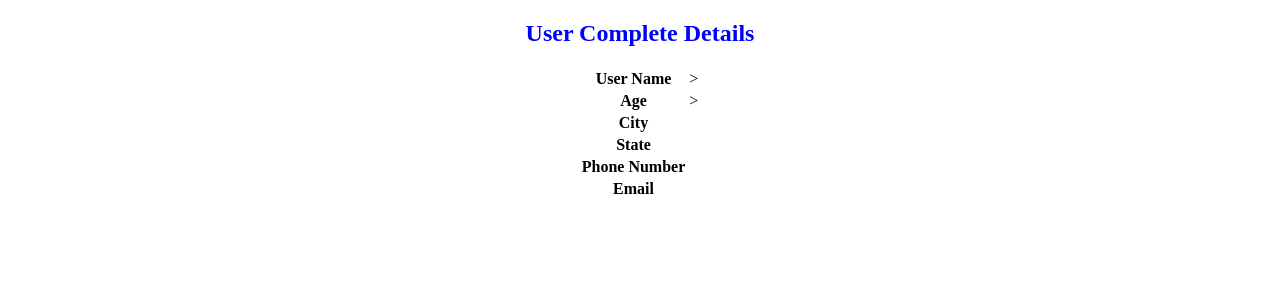
Repository: choubeyshubham018/CompleteJavaQuestions
Page: http://localhost/Ques_16_SessionManagement/display.jsp
These files come from the project's save history. The page is drawn as it stood at one moment and after the next save; the edit follows.
The browser window is 1280 px wide. The pictures show the whole page.
The page is served by Tomcat 9.

Above is the page before, as saved 2023-09-19 16:02:42.

After the next save:
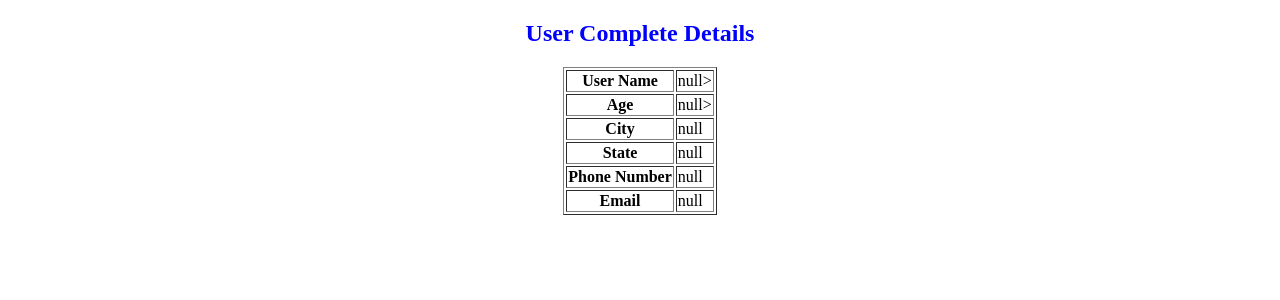
Saved 2 min 11 s later.
--- a/Servlet Assignment/Ques_16_SessionManagement/src/main/webapp/display.jsp
+++ b/Servlet Assignment/Ques_16_SessionManagement/src/main/webapp/display.jsp
@@ -8,30 +8,30 @@
 </head>
 <body>
 <h2 style="text-align: center; color: blue;">User Complete Details</h2>
-<table align="center">
+<table border="1px" align="center">
 <tr>
 <th> User Name</th>
-<td><% session.getAttribute("uname"); %>></td>
+<td><%= session.getAttribute("uname")%>></td>
 </tr>
 <tr>
 <th> Age</th>
-<td><% session.getAttribute("uage"); %>></td>
+<td><%= session.getAttribute("uage")%>></td>
 </tr>
 <tr>
 <th> City</th>
-<td><% session.getAttribute("city"); %></td>
+<td><%= session.getAttribute("city") %></td>
 </tr>
 <tr>
 <th>State</th>
-<td><% session.getAttribute("state"); %></td>
+<td><%= session.getAttribute("state") %></td>
 </tr>
 <tr>
 <th> Phone Number</th>
-<td><% session.getAttribute("phone"); %></td>
+<td><%= session.getAttribute("phone")%></td>
 </tr>
 <tr>
 <th>Email</th>
-<td><% session.getAttribute("email"); %></td>
+<td><%= session.getAttribute("email") %></td>
 </tr>
 </table>
 <div style="display: flex; align-items: center;justify-content: center;"><a href="index.html" style="text-decoration: none;background-color: yellow;"></a></div>
